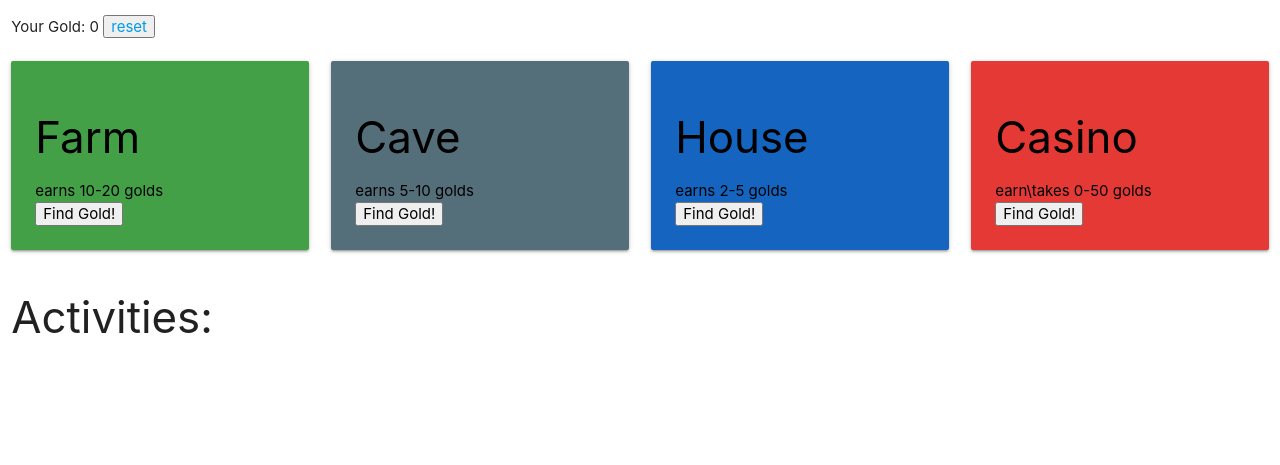
Repository: bvnger/Ninja_gold_flask
Page: http://localhost/
The author's editor kept a copy of each file at every save. The page is drawn from the files as they stood at one save, then again after the next save.
The browser window is 1280 px wide. The pictures show the whole page.
The page is served by the project's application, run on Flask 3 (server.py).

Above is the page before, as saved 2019-11-04 14:30:38.

### templates/index.html
<!DOCTYPE html>
<html lang="en" dir="ltr">
  <head>
    <meta charset="utf-8">
    <title></title>
     <!--Import Google Icon Font-->
     <link href="https://fonts.googleapis.com/icon?family=Material+Icons" rel="stylesheet">
     <!--Import materialize.css-->
     <link type="text/css" rel="stylesheet" href="https://cdnjs.cloudflare.com/ajax/libs/materialize/1.0.0/css/materialize.css"  media="screen,projection"/>
     <!-- https://cdnjs.cloudflare.com/ajax/libs/materialize/1.0.0/css/materialize.css -->
  </head>
<body>
<div class="row">
<div class ="col s12">

        <div  action ="/process">
            <div class ="top">
            <p>Your Gold: {{session['gold']}}
            <button>
            <a href="/reset" > reset</a> </button>
            </div>
            <!-- ########################             -->
<div class ="mid"> <!--#start of buildings-->
<div class="row">

<form class="col s3" action="/process" method="POST">
    <div class="card green darken-1">
    <div class ="card-content black-text">
    <h3>Farm</h3>
    <p>earns 10-20 golds</p>
    <input type="hidden" name="building"  value="farm"></input>
    <button type="submit">Find Gold!</button>
</form>
</div>
</div> <!--end of farm-->
<form class="col s3" action="/process" method="POST">
    <div class="card blue-grey darken-1">
    <div class ="card-content black-text">
    <h3>Cave</h3>
    <p>earns 5-10 golds</p>
    <input type="hidden" name="building"  value="cave"></input>
    <button type="submit">Find Gold!</button>
</form>
</div>
</div><!--end of cave-->
<form class="col s3" action="/process" method="POST">
    <div class="card blue darken-3">
    <div class ="card-content black-text">
    <h3>House</h3>
    <p>earns 2-5 golds</p>
    <input type="hidden" name="building"  value="house"></input>
    <button type="submit">Find Gold!</button>
</form>
</div>
</div> <!--end of house-->
<form class="col s3" action="/process" method="POST">
    <div class="card red darken-1">
    <div class ="card-content black-text">
    <h3>Casino</h3>
    <p>earn\takes 0-50 golds</p>
    <input type="hidden" name="building"  value="casino"></input>
    <button type="submit">Find Gold!</button>
</form>
</div>
</div> <!--end of casino-->
</div> <!--#end of building row-->
        </div>
        <div class ="bot" color="grey lighten-2">
            <table>
            <h3>Activities:</h3>
            <ul class="bottom" name ="activities" value="log" class="activities">
                {% for activity in session.activities %}
                <li name="activities"  class="log" >{{activity}}
                </li>
                {% endfor %}
            </ul>

            </table>
        </div>
    </div>
</div> <!--#end of container-->
</div> <!--# end of main row-->

 <!--JavaScript at end of body for optimized loading-->
<script type="text/javascript" src="https://cdnjs.cloudflare.com/ajax/libs/materialize/1.0.0/js/materialize.js"></script>
</body>
</html>

### server.py
from flask import Flask, render_template, request, redirect, session
from datetime import datetime
import random
app = Flask(__name__)
app.secret_key="qwertyuiop"

@app.route('/')
def hello_world():
    gold ="gold"
    if "gold" not in session:
        session["gold"]= 0
    if "counter" not in session:
        session["counter"]=0
    if "activities" not in session:
        session["activities"]=[]
    return render_template("index.html")

@app.route("/process", methods=["POST"])

def processgold():
    date_time = datetime.now()
    print(session)
    print(request.form)
    if request.form["building"] == "farm":
            place = "farm"
            gold = random.randint(10,20)
            session["gold"]+= gold
            session['counter'] += 1
            message = f"You have visited {place} and gained {gold} gold! {date_time}"
            session['activities'].insert(0,message)
            return redirect('/')
    if request.form["building"] == "cave":
        place =  "cave"
        gold = random.randint(5,10)
        session['gold']+= gold
        session['counter'] += 1
        message = f"You have visited {place} and gained {gold} gold! {date_time}"
        session['activities'].insert(0,message)
        return redirect('/')
    if request.form["building"] == "house":
        place = "house"
        gold =random.randint(2,5)
        session['gold']+= gold
        session['counter'] += 1
        message = f"You have visited {place} and gained {gold} gold! {date_time}"
        session['activities'].insert(0,message)
        return redirect('/')
    if request.form["building"] == "casino":
        place = "casino"
        gold = random.randint(0,100) -50
        session['gold']+= gold
        session['counter'] += 1
        message = f"You have visited {place} and gained {gold} gold! {date_time}"
        session['activities'].insert(0,message)
        return redirect('/')
    return redirect('/')

@app.route('/reset')
def reset():
    session.clear()
    return redirect('/')

def edit(request):
    if request.method =="POST":
        request.session.clear()
    return render('/edit.html')


if __name__=="__main__":
    app.run(debug=True)

After the next save:
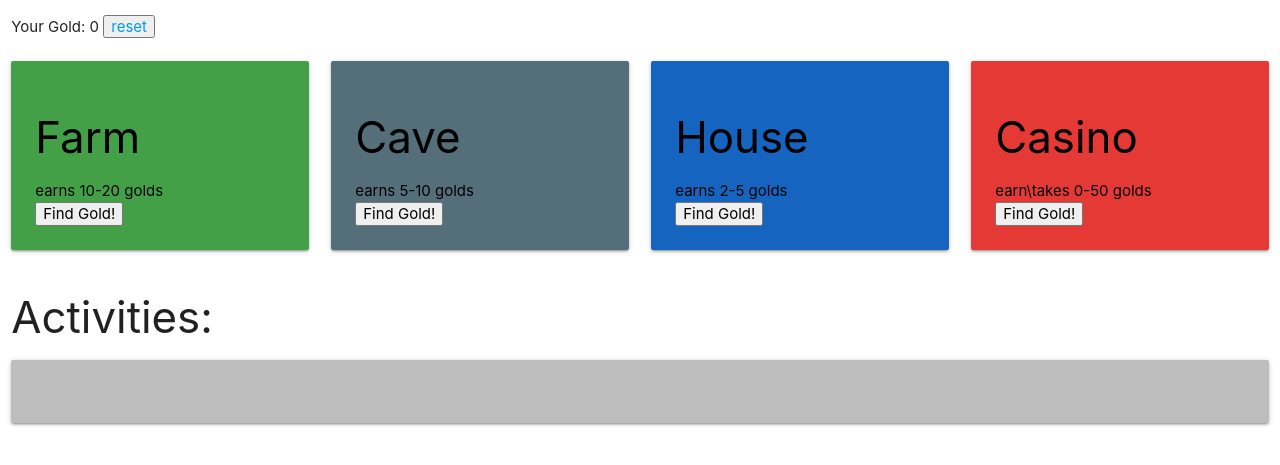
Saved 38 s later.
--- a/templates/index.html
+++ b/templates/index.html
@@ -65,9 +65,11 @@
 </div> <!--end of casino-->
 </div> <!--#end of building row-->
         </div>
-        <div class ="bot" color="grey lighten-2">
+        <div class ="bot">
             <table>
             <h3>Activities:</h3>
+            <div class="card grey lighten-1">
+            <div class ="card-content black-text">
             <ul class="bottom" name ="activities" value="log" class="activities">
                 {% for activity in session.activities %}
                 <li name="activities"  class="log" >{{activity}}
